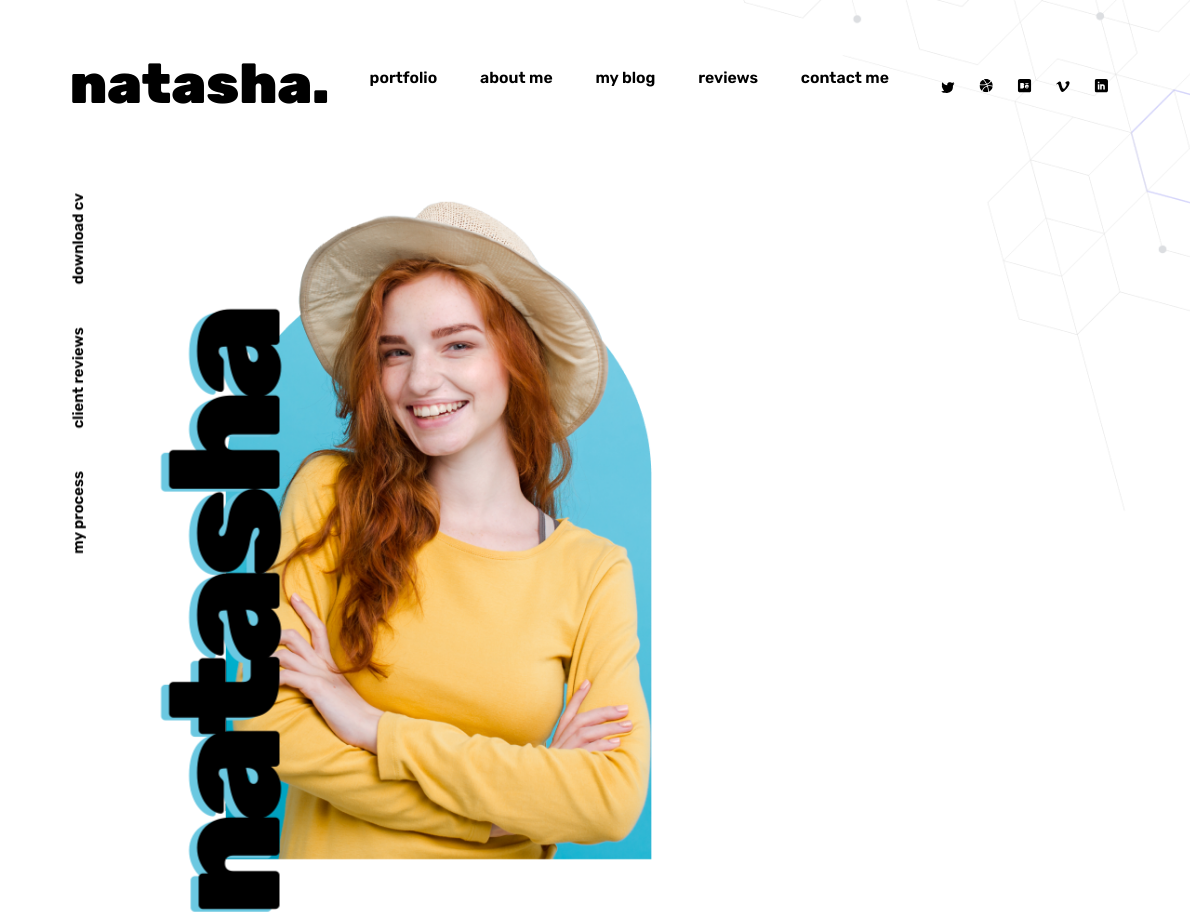
Repository: BuduCE/landing-page
Page: natasha-lp/index.html
An editor plug-in stored every save of this project. The page is shown before and after the next save, followed by the edit.
The browser window is 1280 px wide. The pictures show the whole page, at 93% of full size.

Above is the page before, as saved 2022-03-04 23:23:26.

### natasha-lp/index.html
<!DOCTYPE html>
<html lang="en">

<head>
    <meta charset="UTF-8">
    <meta http-equiv="X-UA-Compatible" content="IE=edge">
    <meta name="viewport" content="width=device-width, initial-scale=1.0">
    <title>Natasha</title>

    <!--CSS-->
    <link rel="stylesheet" href="./assets/css/style.css">

    <!--Google Font-->
    <link rel="preconnect" href="https://fonts.googleapis.com">
    <link rel="preconnect" href="https://fonts.gstatic.com" crossorigin>
    <link href="https://fonts.googleapis.com/css2?family=Rubik:ital,wght@0,600;0,900;1,400&display=swap" rel="stylesheet">
</head>

<body>
    <!--Navbar menu-->
    <header>
        <div class="logo">
            <h1>natasha.</h1>
        </div>

        <nav class='nav_text'>
            <li><a href="#">portfolio</a></li>
            <li><a href="#">about me</a></li>
            <li><a href="#">my blog</a></li>
            <li><a href="#">reviews</a></li>
            <li><a href="#">contact me</a></li>
        </nav>

        <nav class='nav_icon'>
            <li><a href="">
                <svg width="15" height="12" viewBox="0 0 15 12" fill="none"
                        xmlns="http://www.w3.org/2000/svg">
                        <path
                            d="M5.32379 11.9894C4.70669 11.9894 4.07153 11.9394 3.43255 11.8393C2.30713 11.6627 1.16788 11.074 0.845509 10.8977L0 10.4354L0.915405 10.1344C1.91606 9.80538 2.52477 9.60125 3.27828 9.28159C2.52379 8.91621 1.9423 8.25895 1.66238 7.4093L1.44943 6.76281L1.62406 6.78948C1.45846 6.62258 1.32771 6.45317 1.22635 6.29911C0.865868 5.75159 0.675013 5.08256 0.715623 4.50923L0.755688 3.94494L1.09352 4.07581C0.951007 3.80667 0.848013 3.51925 0.787479 3.21799C0.639956 2.48331 0.763418 1.7028 1.13522 1.02027L1.4295 0.480042L1.82308 0.952771C3.06783 2.44804 4.64442 3.33503 6.51562 3.5947C6.43919 3.06786 6.49646 2.55942 6.68601 2.10367C6.90669 1.57302 7.29929 1.12305 7.82101 0.802307C8.40043 0.446182 9.1031 0.273618 9.79956 0.316405C10.5385 0.361805 11.2094 0.638671 11.7422 1.11761C12.0024 1.04999 12.1941 0.977812 12.4532 0.880261C12.6091 0.821578 12.7859 0.754948 13.0072 0.678736L13.8224 0.397842L13.2908 1.91619C13.3259 1.91325 13.362 1.91075 13.3998 1.90912L14.2703 1.8697L13.7558 2.57292C13.7263 2.6132 13.7188 2.62463 13.7083 2.64042C13.6668 2.70291 13.6152 2.78065 12.909 3.72371C12.7322 3.95986 12.6439 4.26742 12.6603 4.58991C12.7229 5.81539 12.5726 6.92416 12.2132 7.88529C11.8733 8.7946 11.3465 9.57479 10.6478 10.2042C9.78312 10.9829 8.68056 11.516 7.3706 11.7886C6.72803 11.9223 6.03799 11.9894 5.32379 11.9894Z"
                            fill="black" />
                    </svg>
                </a></li>
            <li><a href="">
                <svg width="15" height="15" viewBox="0 0 15 15" fill="none" xmlns="http://www.w3.org/2000/svg">
                <g clip-path="url(#clip0_1_411)">
                <path d="M11.2078 3.20502C11.6444 2.71846 11.8989 2.20904 11.9882 1.68612C10.7537 0.65237 9.16565 0 7.43325 0C6.53875 0 5.68572 0.173109 4.89661 0.475995C6.218 1.7999 7.32307 3.36746 8.18742 5.05957C9.46102 4.59904 10.5225 3.96898 11.2078 3.20502Z" fill="black"/>
                <path d="M11.83 3.76354C11.063 4.61842 9.92291 5.31369 8.56079 5.81897C8.73009 6.19023 8.88567 6.56921 9.0321 6.9531C9.73162 6.80264 10.4566 6.71706 11.196 6.71706C12.3599 6.71706 13.4907 6.91456 14.5334 7.27754C14.5344 7.22975 14.5406 7.18326 14.5406 7.13514C14.5406 5.29463 13.8314 3.6207 12.6795 2.35712C12.5095 2.84683 12.2274 3.32076 11.83 3.76354Z" fill="black"/>
                <path d="M0.433258 5.63324C1.32199 5.79034 2.30664 5.88092 3.25254 5.88092C4.71885 5.88092 6.12734 5.67276 7.38266 5.31522C6.51766 3.65326 5.40562 2.1237 4.07834 0.844543C2.27202 1.81602 0.878333 3.57389 0.433258 5.63324Z" fill="black"/>
                <path d="M14.4613 8.13842C13.4527 7.75878 12.3426 7.55322 11.196 7.55322C10.5532 7.55322 9.92193 7.62062 9.31311 7.74364C9.93119 9.59722 10.2888 11.6007 10.3499 13.6372C12.5243 12.6535 14.1138 10.5815 14.4613 8.13842Z" fill="black"/>
                <path d="M0.270294 7.13516C0.270294 9.33397 1.33018 11.3302 2.9034 12.6348C3.07009 11.5259 3.57003 10.435 4.3843 9.522C5.35284 8.43609 6.69688 7.62292 8.21893 7.15879C8.07729 6.79341 7.92258 6.43522 7.75927 6.08203C6.39922 6.48541 4.86737 6.71709 3.25256 6.71709C2.26464 6.71709 1.23655 6.6227 0.304589 6.45895C0.283468 6.68182 0.270294 6.90697 0.270294 7.13516V7.13516Z" fill="black"/>
                <path d="M5.00854 10.0784C4.18601 11.0008 3.74039 12.0826 3.68323 13.1893C4.77338 13.87 6.05602 14.2703 7.43327 14.2703C8.15738 14.2703 8.85603 14.1601 9.51482 13.9579C9.48281 11.8762 9.13333 9.82941 8.49794 7.94547C7.10708 8.36256 5.88367 9.09713 5.00854 10.0784Z" fill="black"/>
                </g>
                <defs>
                <clipPath id="clip0_1_411">
                <rect width="14.2703" height="14.2703" fill="white" transform="translate(0.270264)"/>
                </clipPath>
                </defs>
                </svg>
                </a></li>
            <li><a href="">
                <svg width="15" height="15" viewBox="0 0 15 15" fill="none" xmlns="http://www.w3.org/2000/svg">
                <path d="M12.6926 0H2.6309C1.47836 0 0.540527 0.937837 0.540527 2.09037V12.1799C0.540527 13.3324 1.47836 14.2703 2.6309 14.2703H12.6926C13.8451 14.2703 14.8108 13.3324 14.8108 12.1799V2.09037C14.8108 0.937837 13.8451 0 12.6926 0ZM8.51181 4.20861H11.8564V5.04476H8.51181V4.20861ZM7.25759 8.38936C7.25759 9.31163 6.50756 10.0617 5.58529 10.0617H3.07684V4.20861H5.58529C6.50756 4.20861 7.25759 4.95864 7.25759 5.88091C7.25759 6.38282 7.03091 6.82844 6.6798 7.13514C7.03091 7.44183 7.25759 7.88745 7.25759 8.38936ZM12.2745 8.38936H9.00131C9.17398 8.87602 9.63909 9.22551 10.1841 9.22551C10.6304 9.22551 11.0468 8.98501 11.2709 8.59796L11.9943 9.0169C11.6217 9.66111 10.9279 10.0617 10.1841 10.0617C9.03157 10.0617 8.09374 9.12382 8.09374 7.97128C8.09374 6.81875 9.03157 5.88091 10.1841 5.88091C11.3366 5.88091 12.2745 6.81875 12.2745 7.97128V8.38936Z" fill="black"/>
                </svg></a></li>
            <li><a href="">
                <svg width="16" height="13" viewBox="0 0 16 13" fill="none" xmlns="http://www.w3.org/2000/svg">
                    <path d="M0.810791 3.15084L1.0048 3.873L1.0195 3.86318C1.41515 3.6005 1.72805 3.39302 2.0796 3.39302C2.39371 3.39302 2.69431 3.5621 2.91815 3.89514C4.13612 5.70587 5.07809 12.0026 7.35725 12.0026C9.60669 12.0026 15.256 5.13731 15.0769 2.03947C14.9879 0.500584 13.8877 0.27063 13.2396 0.27063C11.9917 0.27063 10.7478 1.04274 10.12 2.51945C11.1915 2.34731 11.9507 2.94903 11.8691 4.05103C11.7748 5.30269 9.6792 8.53689 8.70402 8.53689C7.03695 8.53689 6.25698 2.90496 5.69922 1.19536C5.55953 0.76861 5.15561 0.503421 4.64434 0.503421C4.28136 0.503421 3.90563 0.642942 3.58587 0.896678C2.84912 1.48095 2.098 2.08201 1.36899 2.6881L0.810791 3.15084Z" fill="black"/>
                    </svg>
            </a></li>
            <li><a href="">
                <svg width="15" height="15" viewBox="0 0 15 15" fill="none" xmlns="http://www.w3.org/2000/svg">
                    <path d="M12.261 0H2.17143C1.01889 0 0.0810547 0.937837 0.0810547 2.09037V12.1799C0.0810547 13.3324 1.01889 14.2703 2.17143 14.2703H12.261C13.4135 14.2703 14.3513 13.3324 14.3513 12.1799V2.09037C14.3513 0.937837 13.4135 0 12.261 0ZM5.12582 11.3159H3.45352V5.46284H5.12582V11.3159ZM5.12582 4.62669H3.45352V2.95439H5.12582V4.62669ZM10.9789 11.3159H9.30656V7.97128C9.30656 7.51031 8.93138 7.13514 8.47041 7.13514C8.00944 7.13514 7.63426 7.51031 7.63426 7.97128V11.3159H5.96197V5.46284H7.63426V5.77803C8.07237 5.64183 8.35697 5.46284 8.88849 5.46284C10.0226 5.46404 10.9789 6.48146 10.9789 7.68386V11.3159Z" fill="black"/>
                    </svg>
            </a></li>
        </nav>
    </header>

    <nav class="side_nav">
        <li><a href="">my process</a></li>
        <li><a href="">client reviews</a></li>
        <li><a href="">download cv</a></li>
    </nav>

    <main class="container">
        <section>
            <div class="natasha_img">
                <h1>natasha</h1>
                <img src="/natasha-lp/assets/images/natasha.png" alt="">
            </div>

            <div class="natasha_info">
                <div class="mid_nav">
                    <div class="short_line"></div>
                    <p>missed advice my it no sister</p>
                </div>
            </div>
        </section>
    </main>
</body>

</html>

### natasha-lp/assets/css/style.css
/*Reset*/
* {
    margin: 0;
    padding: 0;
    box-sizing: border-box;
}

body {
    font-family: 'Rubik', sans-serif;
    background: url(/natasha-lp/assets/images/bg.png);
    background-repeat: no-repeat;
    background-position: top right;
    position: relative;
}

a {
    text-decoration: none;
}

li {
    list-style: none;
}

header {
    display: flex;
    justify-content: space-between;
    padding: 4.5rem 4.688rem;
    padding-bottom: 5.875px;
}

.logo {
    font-weight: 900;
    font-size: 1.875rem;
    line-height: 2.375rem;
}

.nav_text,.nav_icon {
    display: flex;
}

.nav_text li {
    padding: 0 1.438rem;
    padding-bottom: 0.438rem;
}

.nav_text li:hover {
    border-bottom: 0.125rem solid #000000;
}

.nav_text li a {
    color: black;
    font-weight: 400;
    font-size: 1.063rem;
    line-height: 1.375rem;
}

.nav_icon li {
    padding: 0.813rem;
}

.container {
    margin-top: 5.875rem;
}

.side_nav {
    position: fixed;
    bottom: 6.313rem;
    left: 0;
    display: flex;
    writing-mode: vertical-rl;
    transform: rotate(180deg);
}

.side_nav li {
    padding: 1.438rem 4.65rem;
}

.side_nav li a {
    color: #000000;
}

.container section {
    margin-left: 15.111rem;
}

.natasha_img {
    position: relative;
    width: 28.599rem;
    height: 40.001rem;
}

.natasha_img h1 {
    position: absolute;
    left: -6.5rem;
    bottom: -8rem;/*3.611rem*/
    writing-mode: vertical-rl;
    transform: rotate(180deg);
    font-weight: 900;
    font-size: 10.452rem;
    line-height: 13.25rem;
    letter-spacing: -0.7rem;
    text-shadow: -3px -9px 0 #6bc8e1;
}

.mid_nav {

}

After the next save:
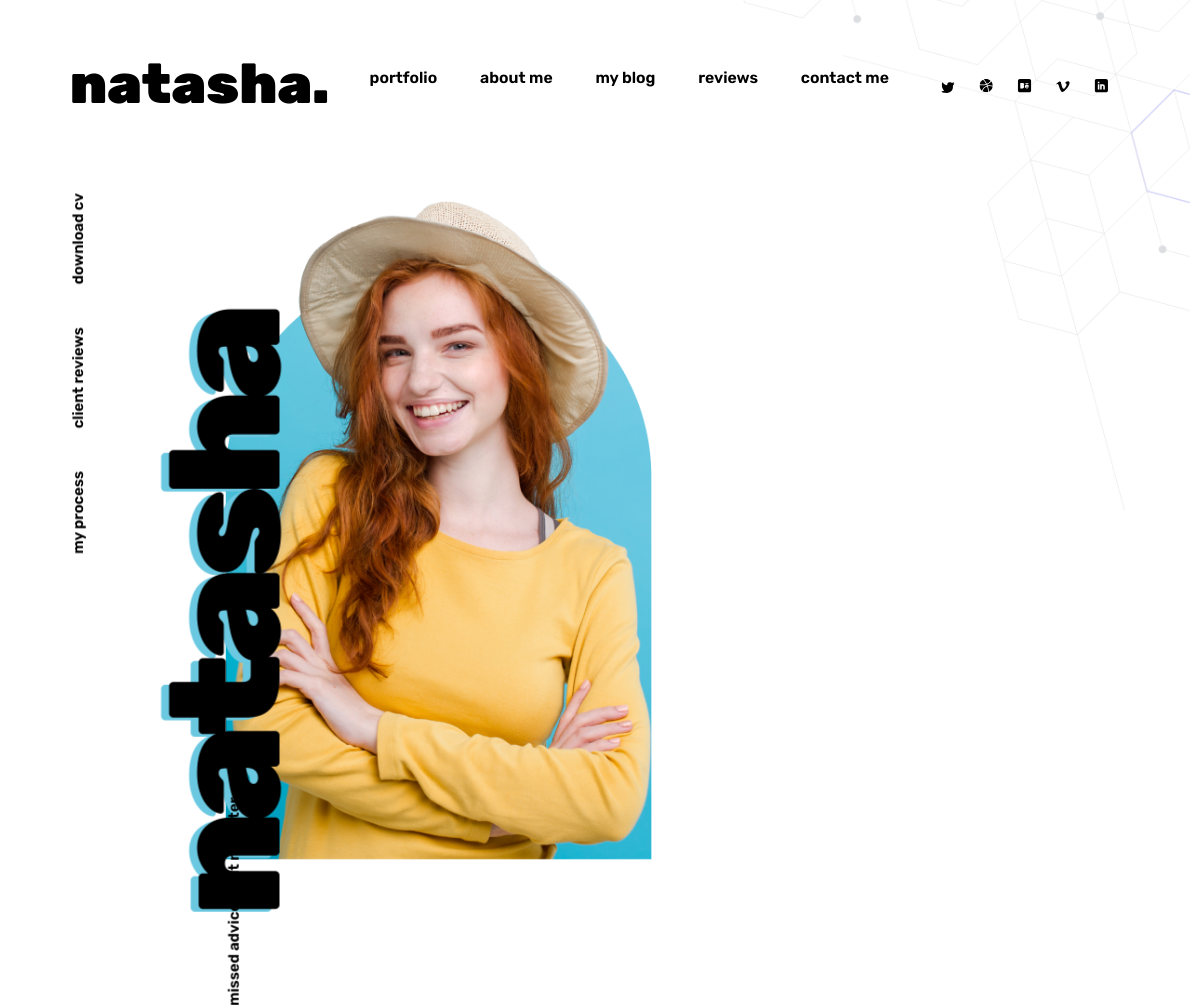
Saved 58 s later.
--- a/natasha-lp/assets/css/style.css
+++ b/natasha-lp/assets/css/style.css
@@ -103,5 +103,7 @@ header {
 }
 
 .mid_nav {
-
+    display: flex;
+    writing-mode: vertical-rl;
+    transform: rotate(180deg);
 }
